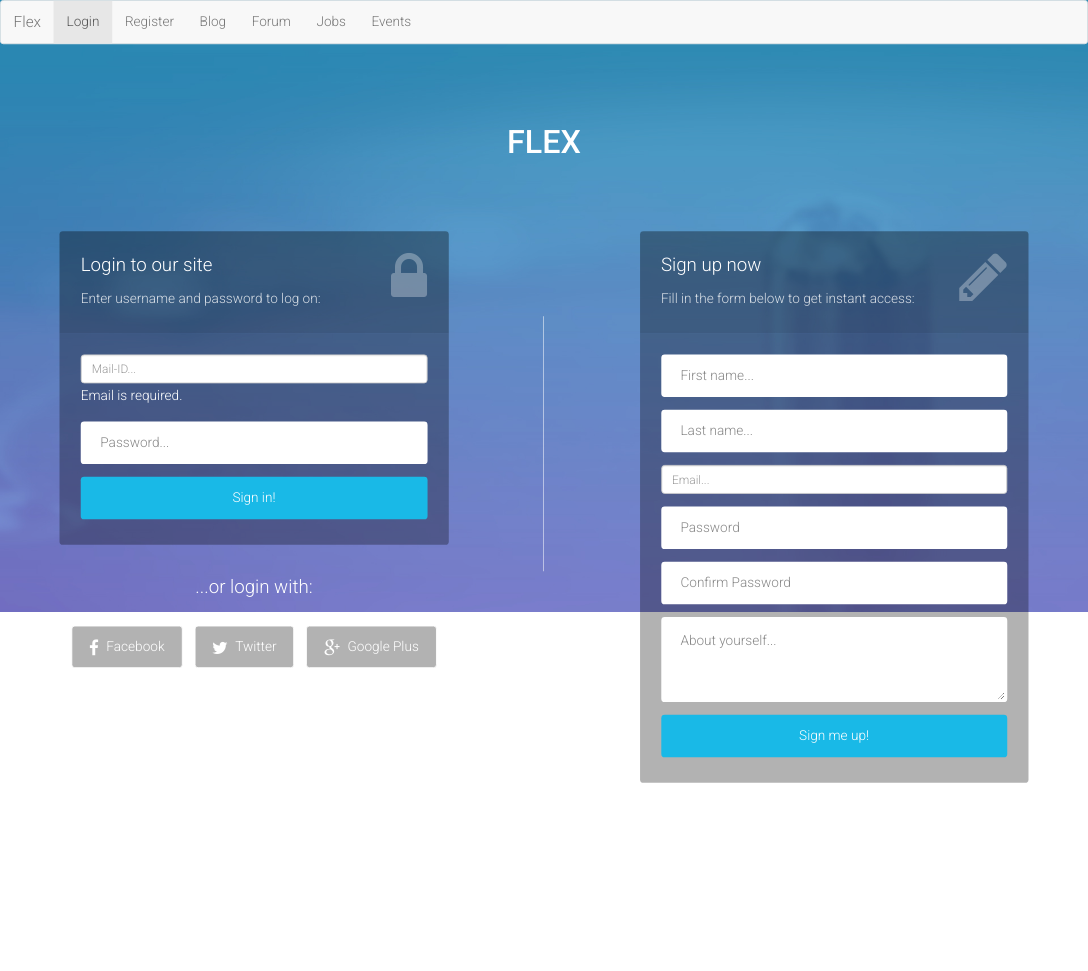
Repository: Angelamritha2012/Flex
Page: Collaboration/WebContent/index.html
These files come from the project's save history. The page is drawn as it stood at one moment and after the next save; the edit follows.
The browser window is 1280 px wide. The pictures show the whole page, at 85% of full size.
Some web libraries are served in a nearby version.

Above is the page before, as saved 2017-11-30 09:41:54.

After the next save:
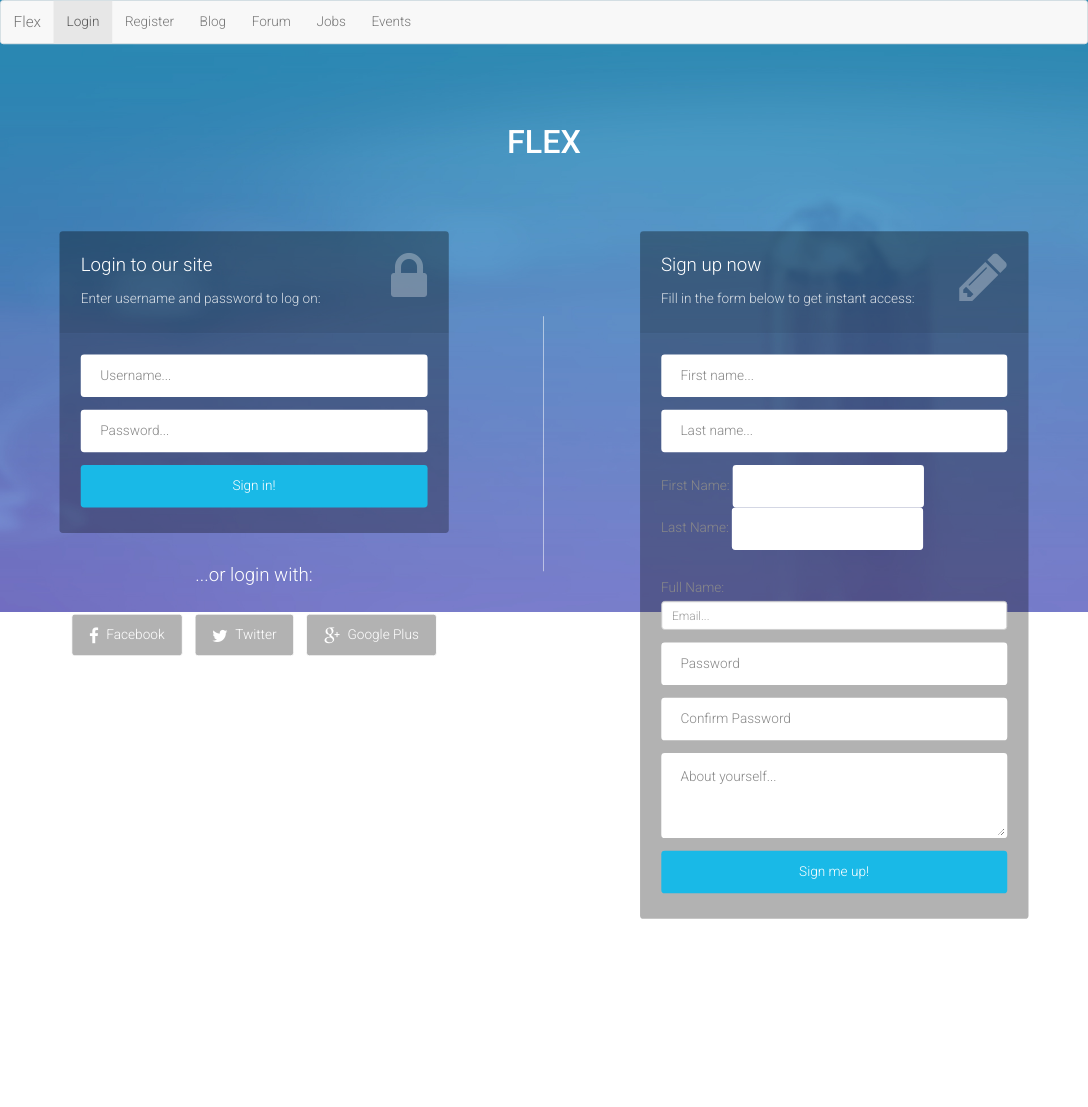
Saved 3 min 19 s later.
--- a/Collaboration/WebContent/index.html
+++ b/Collaboration/WebContent/index.html
@@ -86,15 +86,10 @@
 	                            <div class="form-bottom">
 	                            <form name="myForm" ng-submit="submitForm()" novalidate>
 
-				                    	<div class="form-group" ng-class="{ 'has-error' : myForm.email.$invalid && !myForm.email.$pristine }">
-				                        	<label class="sr-only" for="form-email">Mail-ID</label>
-
-            <input type="email" name="email" class="form-control" placeholder="Mail-ID..." ng-model="user.email" required >
-              <span style="color:white" ng-show="myForm.email.$dirty>
-
-<span ng-show="userForm.mail.$error.required">Email is required.</span>
-  </span>
-        </div>
+				                    <div class="form-group">
+				                    		<label class="sr-only" for="form-username">Username</label>
+				                        	<input type="text" name="form-username" placeholder="Username..." class="form-username form-control" id="form-username">
+				                        </div>
 				                        <div class="form-group">
 				                        	<label class="sr-only" for="form-password">Password</label>
 				                        	<input type="password" name="form-password" placeholder="Password..." class="form-password form-control" id="form-password">
@@ -171,6 +166,14 @@
 
             <p style="color:white" ng-show="userForm.lastname.$invalid && !userForm.lastname.$pristine" class="help-block">You last name is required.</p>
         </div>
+				                        <div ng-app="myApp">
+
+First Name: <input type="text" ng-model="firstName"><br>
+Last Name: <input type="text" ng-model="lastName"><br>
+<br>
+Full Name: {{firstName + " " + lastName}}
+
+</div>
 				                         <div class="form-group" ng-class="{ 'has-error' : userForm.email.$invalid && !userForm.email.$pristine }">
 				                        	<label class="sr-only" for="form-email">Email</label>
 
